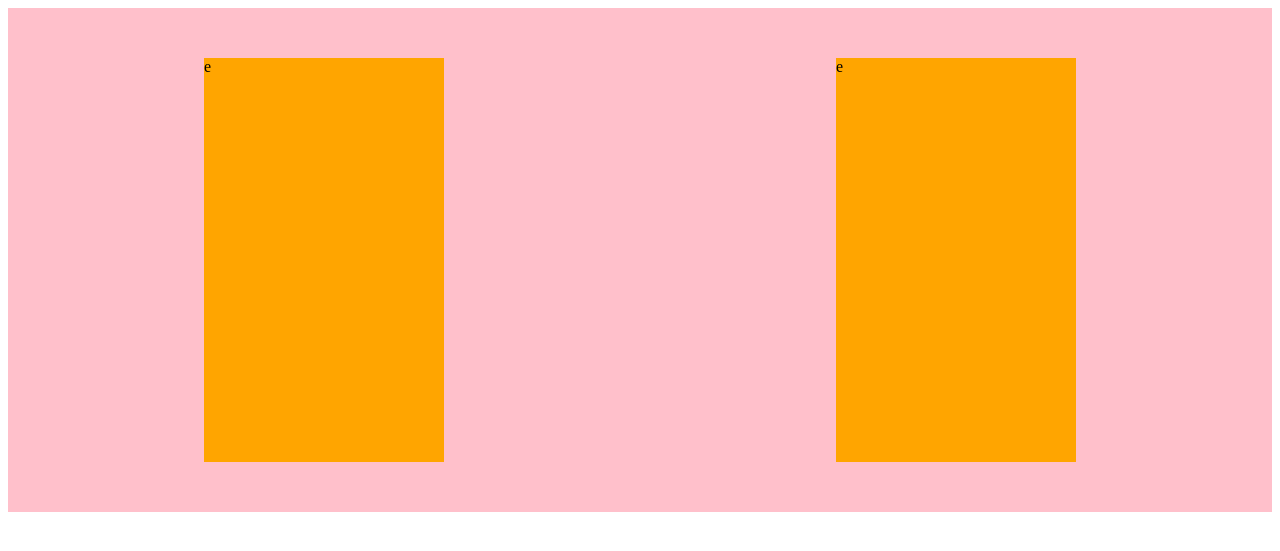
Repository: mel-in-a/vinted-front-clone
Page: html/offer.html
These files come from the project's save history. The page is drawn as it stood at one moment and after the next save; the edit follows.
The browser window is 1280 px wide. The pictures show the whole page.

Above is the page before, as saved 2021-07-29 16:20:07.

After the next save:
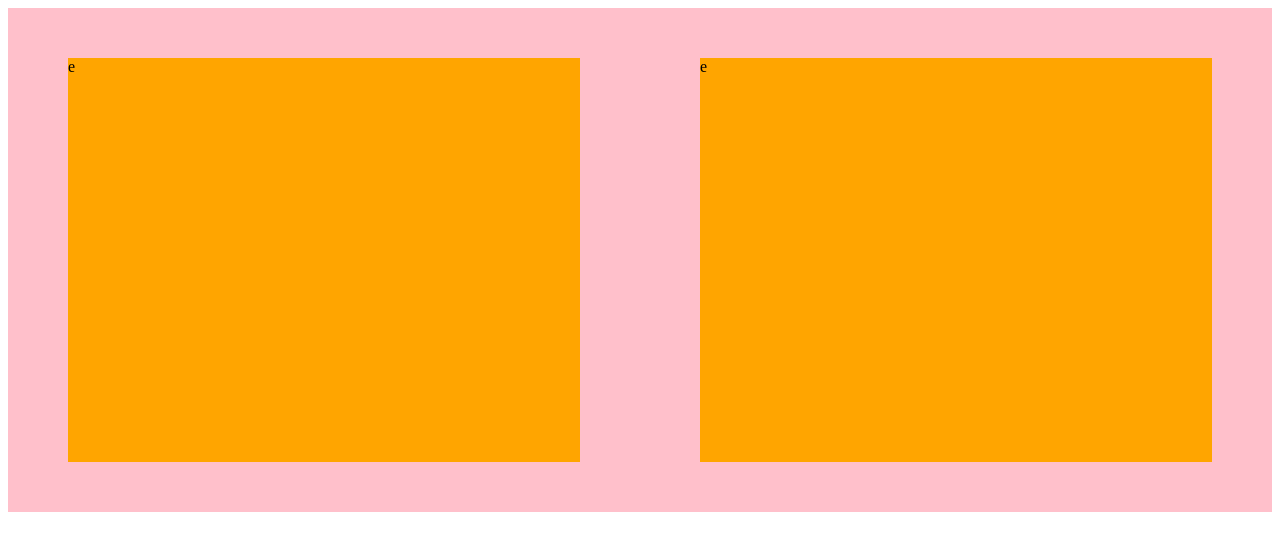
Saved 16 s later.
--- a/html/offer.css
+++ b/html/offer.css
@@ -9,7 +9,7 @@
   }
 
   .left, .right {
-    width: 15rem;
+    width: 40vw;
     background-color: orange;
     height: 80%;
   }
